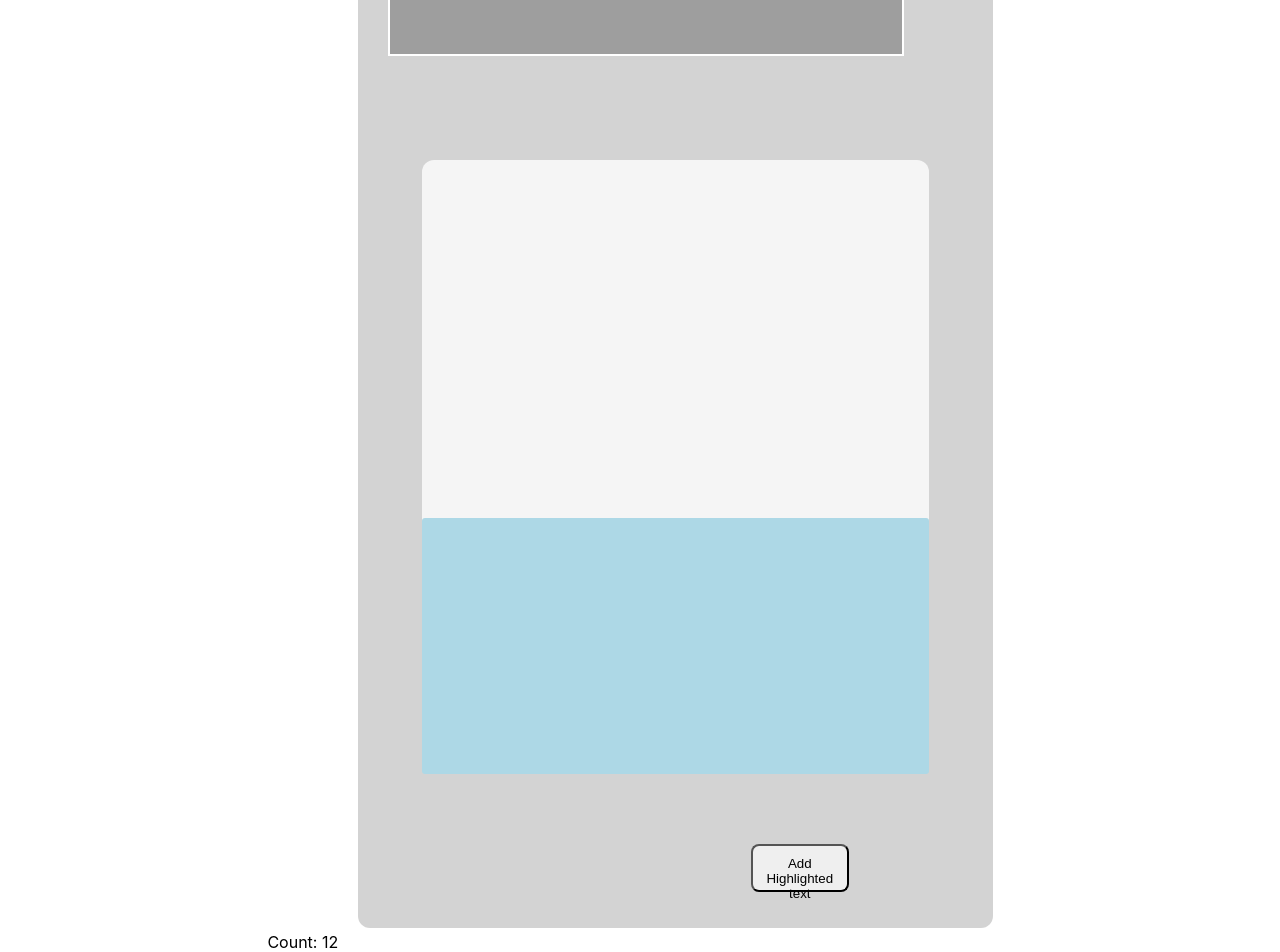
Repository: Farbod29/React-text-highlighter-with-hook-
Page: /
The author's editor kept a copy of each file at every save. The page is drawn from the files as they stood at one save, then again after the next save.
The browser window is 1280 px wide. The pictures show the part of the page from y = 372 to 1324 px (the page is 1324 px tall).
Pictures or frames that could not be fetched are drawn as grey boxes. The project was rebuilt for these pictures with package versions that can differ from the ones it lists, and the page was loaded fresh each time.

Above is the page before, as saved 2022-02-18 23:15:34.

### src/App.js
import './App.css';
import Highlighter from './highlighter';
function App() {
  return (
    <div className="App">
      <Highlighter />
    </div>
  );
}

export default App;

### src/highlighter.js
import React, { useEffect, useState } from 'react';

export default function Highlighter() {
  let doit = () => {
    document.onmouseup = () => {
      console.log(window.getSelection().toString());
    };
  };
  const [count, setCount] = useState(12);
  return (
    <>
      Count: {count}
      {/* <button onClick={() => setCount((prevCount) => prevCount - 1)}>-</button> */}
      <div
        style={{
          padding: '0px 10px',
          height: '100vw',
          width: '48vw',
          margin: '20px',
          borderRadius: '12px',
          backgroundColor: '#D3D3D3',
          inline: true,
          fontColor: 'red',
          display: 'inline-block',
          textAlign: 'center',
          position: 'relative',
        }}
      >
        <img
          style={{
            height: '30vw',
            width: '40vw',
            position: 'absolute',
            border: '2px solid',
            borderColor: '#ffff',
            left: 30,
            top: 20,
          }}
          src="https://pfrias.couragecompanion.eu/storage/m/_v2/213604778138275840/4f8b684e5-e9314a/vlyvkRQwb3ew/u8hVvH5l5IFvha9MQyXCzPOYLo2SXG3bqIpv6vBg.png"
        ></img>
        <div
          style={{
            // textBox1
            padding: '0px 10px',
            backgroundColor: '#F5F5F5',
            height: '40vw',
            width: '38vw',
            left: '5vw',
            top: '40vw',
            borderRadius: '12px',
            position: 'absolute',
          }}
        />
        <div
          style={{
            // textBox
            padding: '0px 10px',
            backgroundColor: '#ADD8E6',
            height: '20vw',
            width: '38vw',
            left: '5vw',
            top: '68vw',
            borderRadius: '3px',
            position: 'absolute',
          }}
        />
        <div // parent of button
          style={{
            top: '500',
            position: 'absolute',
            bottom: '2vw',
            left: '23vw',
            right: '2vw',
            width: '23vw',
          }}
        >
          <button
            style={{
              padding: '10px',
              borderRadius: '8px',
              height: '48px',
              width: '98px',
            }}
            onClick={() => setCount(12)}
          >
            {' '}
            Add Highlighted text{' '}
          </button>
        </div>
      </div>
      {doit()}
    </>
  );
}

Loaded but not shown: public/index.html (common file); src/index.js (common file); src/index.css (common file); src/reportWebVitals.js (common file); src/App.css (common file)

After the next save:
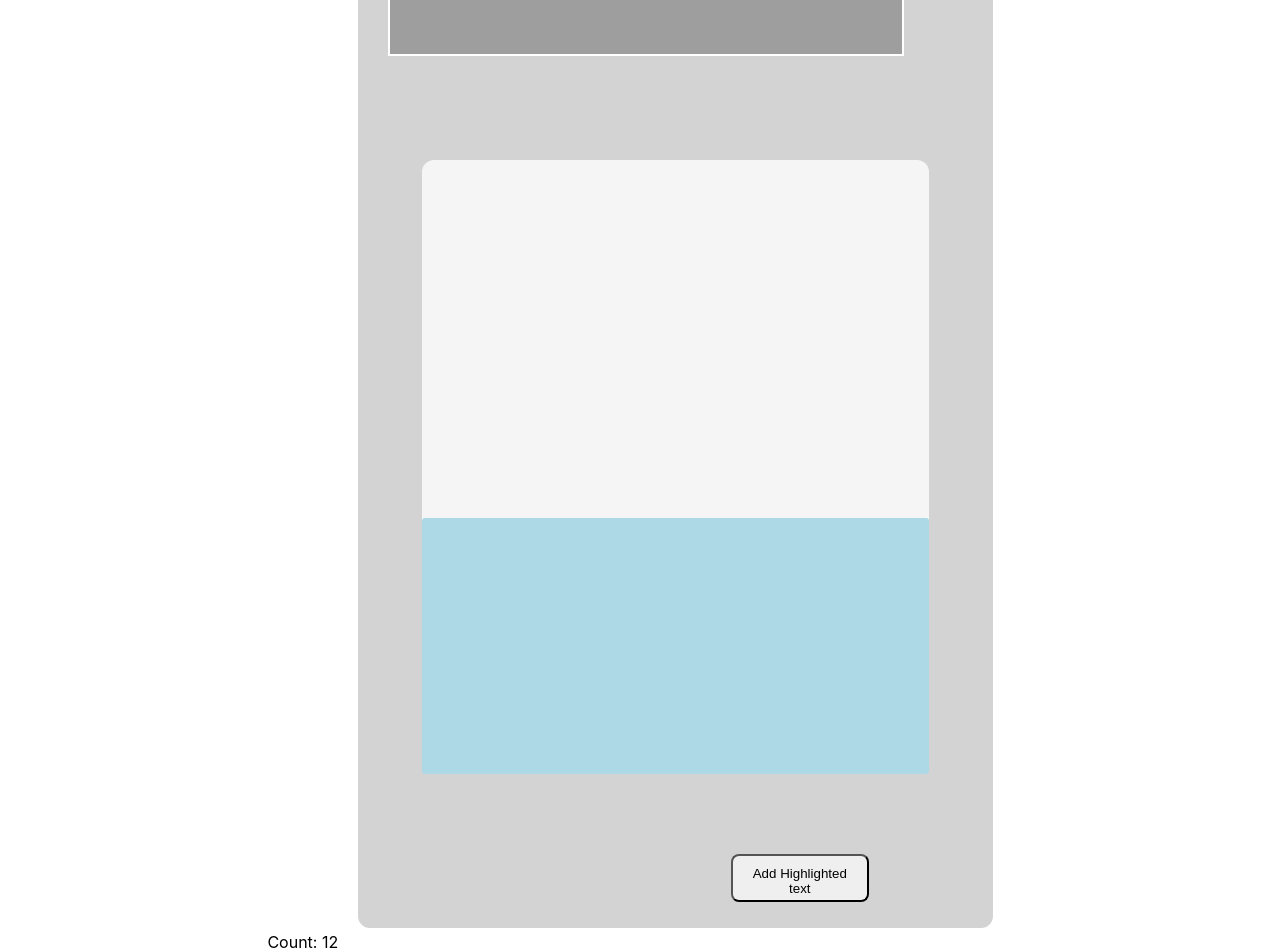
Saved 6 s later.
--- a/src/highlighter.js
+++ b/src/highlighter.js
@@ -79,7 +79,7 @@ export default function Highlighter() {
               padding: '10px',
               borderRadius: '8px',
               height: '48px',
-              width: '98px',
+              width: '138px',
             }}
             onClick={() => setCount(12)}
           >
